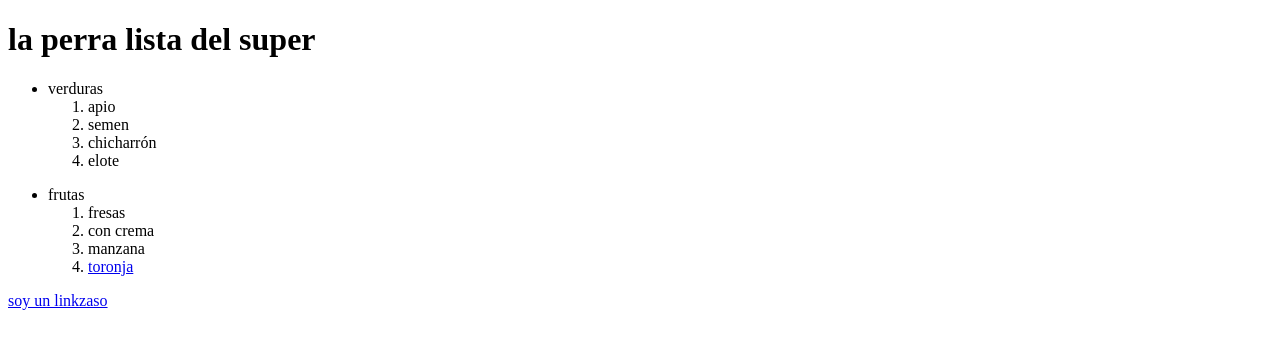
Repository: Daniel009980/daniel0099980
Page: cursodehtml/index.html
The author's editor kept a copy of each file at every save. The page is drawn from the files as they stood at one save, then again after the next save.
The browser window is 1280 px wide. The pictures show the whole page.

Above is the page before, as saved 2022-09-08 17:47:32.

After the next save:
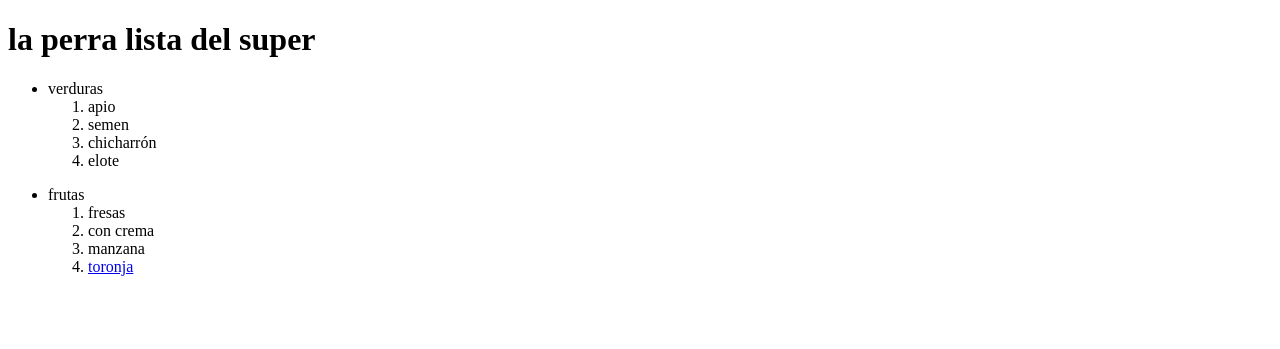
Saved 11 s later.
--- a/cursodehtml/index.html
+++ b/cursodehtml/index.html
@@ -43,7 +43,6 @@
 
        </footer>
 
-       <a href="#">soy un linkzaso</a>
     </body>
 
 </html>
